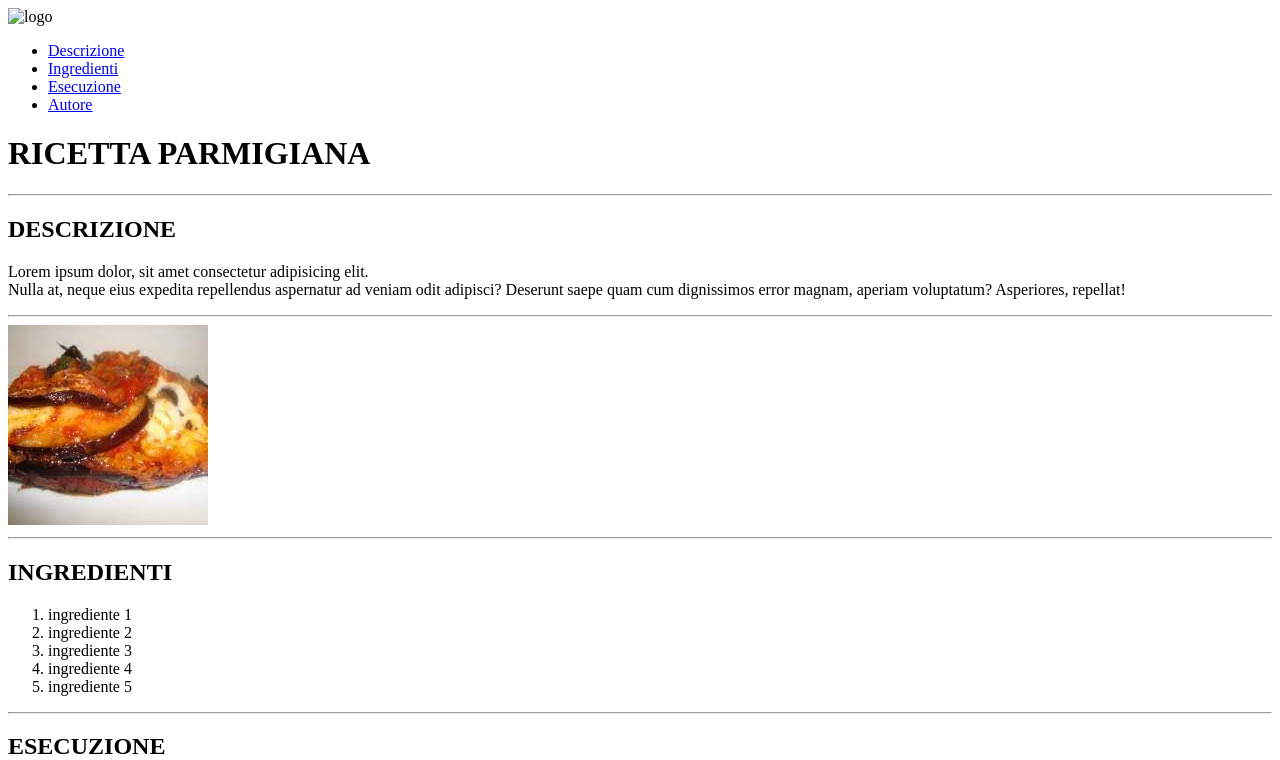
Repository: MicTomm/corso-frontend
Page: HTML/parmigiana/cdi.html
An editor plug-in stored every save of this project. The page is shown before and after the next save, followed by the edit.
The browser window is 1280 px wide. The pictures show the part of the page from y = 0 to 760 px (the page is 1868 px tall before and 1876 px after).
A picture or video elsewhere on the page could not be fetched, so the positions and the page height are approximate.

Above is the page before, as saved 2023-11-07 12:47:11.

### HTML/parmigiana/cdi.html
<!DOCTYPE html>
<html lang="en">

<head>
  <meta charset="UTF-8">
  <meta name="viewport" content="width=device-width, initial-scale=1.0">
  <title>CDI</title>
</head>

<body>
  <header>
    <div><img src="" alt="logo"></div>
    <nav>
      <ul>
        <li><a href="#descrizione">Descrizione</a></li>
        <li><a href="#ingredienti">Ingredienti</a></li>
        <li><a href="#esecuzione">Esecuzione</a></li>
        <li><a href="#autore">Autore</a></li>
      </ul>
    </nav>
  </header>
  <main>
    <h1>RICETTA PARMIGIANA</h1>
    <hr>
    <article id="descrizione">
      <h2>DESCRIZIONE</h2>
      <p>Lorem ipsum dolor, sit amet consectetur adipisicing elit. <br />Nulla at, neque eius expedita repellendus
        aspernatur
        ad veniam odit adipisci? Deserunt saepe quam cum dignissimos error magnam, aperiam voluptatum? Asperiores,
        repellat!</p>
    </article>
    <hr>
    <img src="./img/parmigiana.jpg" alt="parmigiana" title="parmigiana">
    <section id="ingredienti">
      <hr>
      <h2>INGREDIENTI</h2>
      <ol>
        <li>ingrediente 1</li>
        <li>ingrediente 2</li>
        <li>ingrediente 3</li>
        <li>ingrediente 4</li>
        <li>ingrediente 5</li>
      </ol>
    </section>
    <hr />
    <section id="esecuzione">
      <h2>ESECUZIONE</h2>
      <ol>
        <li>
          <img src="https://cdn.cook.stbm.it/thumbnails/ricette/142/142695/Parmigiana-di-melanzane-semplice-19-w400.jpg"
            alt="passaggio 1"><br />Lorem ipsum dolor sit amet consectetur adipisicing elit. Autem vero facilis ratione
          soluta voluptas reiciendis magnam. Animi voluptate, quidem officia eligendi veritatis perferendis maxime
          blanditiis dolorem, natus soluta pariatur facere.
        </li>
        <li>
          <img src="https://cdn.cook.stbm.it/thumbnails/ricette/142/142695/Parmigiana-di-melanzane-semplice-23-w400.jpg"
            alt="passaggio 2"><br />Lorem ipsum dolor sit amet consectetur adipisicing elit. Eos aliquam nesciunt beatae
          dolores vel repellat quibusdam numquam dolorum tempore laborum non ullam enim, ex ipsum veritatis provident
          officiis reiciendis doloribus.
        </li>
        <li>
          <img src="https://cdn.cook.stbm.it/thumbnails/ricette/142/142695/Parmigiana-di-melanzane-semplice-27-w400.jpg"
            alt="passaggio 3"><br />Lorem ipsum dolor sit amet consectetur adipisicing elit. Est temporibus laborum,
          asperiores beatae autem voluptatum incidunt saepe ab eos non nostrum mollitia veritatis recusandae maiores
          culpa
          harum. Culpa, quia consequuntur?
        </li>

      </ol>
    </section>
  </main>
  <hr />
  <footer>
    <p id="autore">Parmigiana - Michele</p>
  </footer>
</body>

</html>

After the next save:
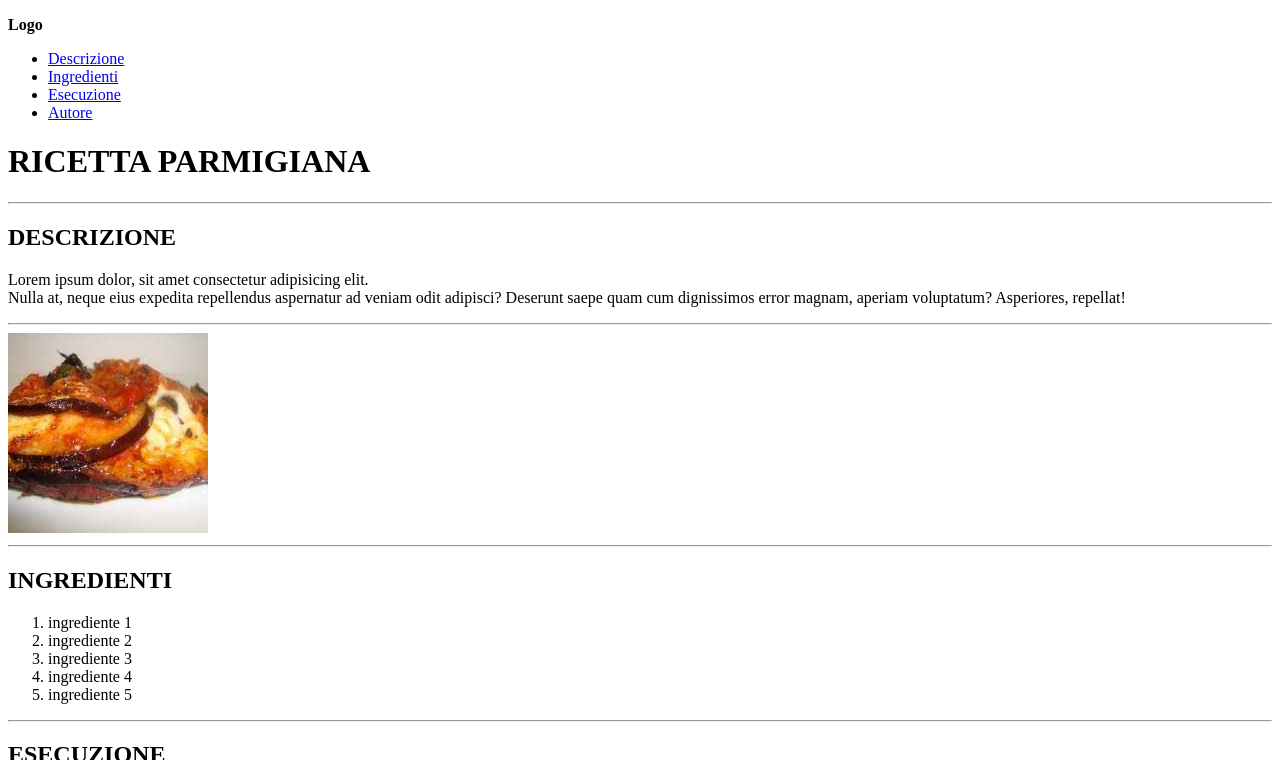
Saved 62 s later.
--- a/HTML/parmigiana/cdi.html
+++ b/HTML/parmigiana/cdi.html
@@ -9,7 +9,7 @@
 
 <body>
   <header>
-    <div><img src="" alt="logo"></div>
+    <div><p><strong>Logo</strong></p></div>
     <nav>
       <ul>
         <li><a href="#descrizione">Descrizione</a></li>
